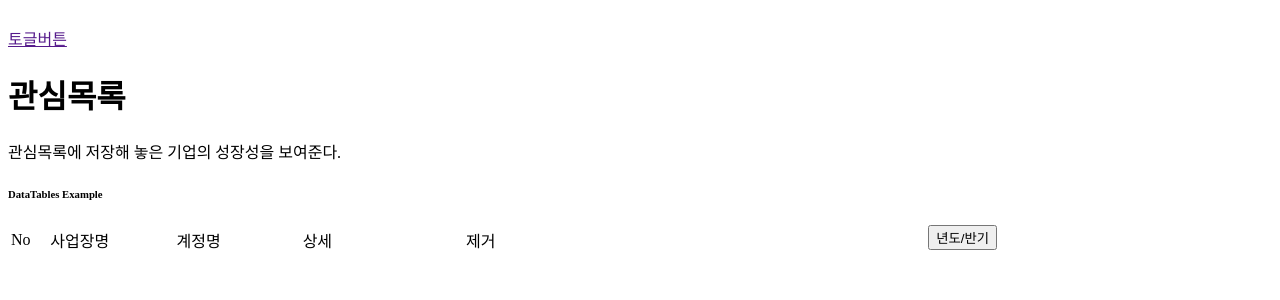
Repository: bangProgram/PJT_Finance
Page: http://localhost/Finance/WEB-INF/views/interest/interestList.jsp
The author's editor kept a copy of each file at every save. The page is drawn from the files as they stood at one save, then again after the next save.
The browser window is 1280 px wide. The pictures show the whole page.
The page is served by Tomcat 9. Nobody is signed in. Other server files are loaded and not shown. The template is opened directly, without the code that normally fills it, so the values that code supplies are empty.

Above is the page before, as saved 2022-11-03 07:21:21.
Console error: SyntaxError: Unexpected token ','

### Finance/src/main/webapp/WEB-INF/views/interest/interestList.jsp
<%@ page pageEncoding="UTF-8" contentType="text/html;charset=utf-8"%>
<%@ taglib prefix="fmt" uri="http://java.sun.com/jsp/jstl/fmt"%>
<%@ taglib uri="http://java.sun.com/jsp/jstl/core" prefix="c"%>
<script src="https://code.jquery.com/jquery-3.4.1.min.js"></script>﻿
<script type="text/javascript">
	var toggleChk = true;
	$(document).ready(function(){
		$("#yearReprtList").dataTable({
			lengthMenu: [ 12, 18, 24, 30, 36 ],
		 	data: ${yearReprtJson},
		 	destroy: true,
		 	ordering: true,
		 	columns: [
		  		{ data: 'RNUM' },
		  		{ data: 'CORP_NAME' },
		  		{ data: 'ACCOUNT_NM' },
		  		{ "data": 'RATE_0',
		  			"render": function(data, type, row, meta){
		  				if(type === 'display'){
		  	                data += "<span style='float:right;'>(억원)</span>";
		  	            }
		  	            return data;
		  	         }
		  		},
		  		{ "data": 'RATE_1',
		  			"render": function(data, type, row, meta){
		  				if(type === 'display'){
		  	                data += "<span style='float:right;'>(억원)</span>";
		  	            }
		  	            return data;
		  	         }
		  		},
		  		{ "data": 'RATE_2',
		  			"render": function(data, type, row, meta){
		  				if(type === 'display'){
		  	                data += "<span style='float:right;'>(억원)</span>";
		  	            }
		  	            return data;
		  	         }
		  		},
		  		{ "data": 'RATE_3',
		  			"render": function(data, type, row, meta){
		  				if(type === 'display'){
		  	                data += "<span style='float:right;'>(억원)</span>";
		  	            }
		  	            return data;
		  	         }
		  		},
		  		{ "data": 'RATE_4',
		  			"render": function(data, type, row, meta){
		  				if(type === 'display'){
		  	                data += "<span style='float:right;'>(억원)</span>";
		  	            }
		  	            return data;
		  	         }
		  		},
		  		{ "data": '',
		  			"defaultContent" : '',
		  			"render": function(data, type, row, meta){
		  	            if(type === 'display'){
		  	                data = '<a href="/report/detail/list" target="_blank" class="btn btn-info btn-circle btn-sm"><i class="fas fa-info-circle"></i></a>';
		  	            }
		  	            return data;
		  	         }
		  		},
		  		{ "data": '',
		  			"defaultContent" : '',
		  			"render": function(data, type, row, meta){
		  	            if(type === 'display'){
		  	                data = '<a href="#" onclick="delInterest(\''+row.CORP_CODE+'\',\''+row.CORP_NAME+'\',\''+row.STOCK_CODE+'\'); return false;" target="_blank" class="btn btn-danger btn-circle btn-sm"><i class="fas fa-trash"></i></a>';
		  	            }
		  	            return data;
		  	         }
		  		}
		  	]
		});
	});

	function toggleTabel(){
		if(toggleChk == true){
			toggleChk = false;
			$('.quaterHaeder').css('display','');
			$('.yearHaeder').css('display','none');
			$("#yearReprtList").dataTable({
				buttons: [{
	                text: '년도/분기',
	                action: function ( e, dt, node, config ) {
	                	toggleTabel();
	                }
		        }],
				lengthMenu: [ 12, 18, 24, 30, 36 ],
			 	data: ${quaterReprtJson},
			 	destroy: true,
			 	ordering: true,
			 	columns: [
			  		{ data: 'RNUM' },
			  		{ data: 'CORP_NAME' },
			  		{ data: 'ACCOUNT_NM' },
			  		{ "data": 'RATE_0',
			  			"render": function(data, type, row, meta){
			  				if(type === 'display'){
			  	                data += "<span style='float:right;'>(억원)</span>";
			  	            }
			  	            return data;
			  	         }
			  		},
			  		{ "data": 'RATE_1',
			  			"render": function(data, type, row, meta){
			  				if(type === 'display'){
			  	                data += "<span style='float:right;'>(억원)</span>";
			  	            }
			  	            return data;
			  	         }
			  		},
			  		{ "data": 'RATE_2',
			  			"render": function(data, type, row, meta){
			  				if(type === 'display'){
			  	                data += "<span style='float:right;'>(억원)</span>";
			  	            }
			  	            return data;
			  	         }
			  		},
			  		{ "data": 'RATE_3',
			  			"render": function(data, type, row, meta){
			  				if(type === 'display'){
			  	                data += "<span style='float:right;'>(억원)</span>";
			  	            }
			  	            return data;
			  	         }
			  		},
			  		{ "data": 'RATE_4',
			  			"render": function(data, type, row, meta){
			  				if(type === 'display'){
			  	                data += "<span style='float:right;'>(억원)</span>";
			  	            }
			  	            return data;
			  	         }
			  		},
			  		{ "data": '',
			  			"defaultContent" : '',
			  			"render": function(data, type, row, meta){
			  	            if(type === 'display'){
			  	                data = '<a href="/report/detail/list" target="_blank" class="btn btn-info btn-circle btn-sm"><i class="fas fa-info-circle"></i></a>';
			  	            }
			  	            return data;
			  	         }
			  		},
			  		{ "data": '',
			  			"defaultContent" : '',
			  			"render": function(data, type, row, meta){
			  	            if(type === 'display'){
			  	            	data = '<a href="#" onclick="delInterest(\''+row.CORP_CODE+'\',\''+row.CORP_NAME+'\',\''+row.STOCK_CODE+'\'); return false;" target="_blank" class="btn btn-danger btn-circle btn-sm"><i class="fas fa-trash"></i></a>';
			  	            }
			  	            return data;
			  	         }
			  		}
			  	]
			});
		}else{
			toggleChk = true;
			$('.quaterHaeder').css('display','none');
			$('.yearHaeder').css('display','');
			$("#yearReprtList").dataTable({
				buttons: [{
	                text: '년도/분기',
	                action: function ( e, dt, node, config ) {
	                	toggleTabel();
	                }
		        }],
				lengthMenu: [ 12, 18, 24, 30, 36 ],
			 	data: ${yearReprtJson},
			 	destroy: true,
			 	ordering: true,
			 	columns: [
			  		{ data: 'RNUM' },
			  		{ data: 'CORP_NAME' },
			  		{ data: 'ACCOUNT_NM' },
			  		{ "data": 'RATE_0',
			  			"render": function(data, type, row, meta){
			  				if(type === 'display'){
			  	                data += "<span style='float:right;'>(억원)</span>";
			  	            }
			  	            return data;
			  	         }
			  		},
			  		{ "data": 'RATE_1',
			  			"render": function(data, type, row, meta){
			  				if(type === 'display'){
			  	                data += "<span style='float:right;'>(억원)</span>";
			  	            }
			  	            return data;
			  	         }
			  		},
			  		{ "data": 'RATE_2',
			  			"render": function(data, type, row, meta){
			  				if(type === 'display'){
			  	                data += "<span style='float:right;'>(억원)</span>";
			  	            }
			  	            return data;
			  	         }
			  		},
			  		{ "data": 'RATE_3',
			  			"render": function(data, type, row, meta){
			  				if(type === 'display'){
			  	                data += "<span style='float:right;'>(억원)</span>";
			  	            }
			  	            return data;
			  	         }
			  		},
			  		{ "data": 'RATE_4',
			  			"render": function(data, type, row, meta){
			  				if(type === 'display'){
			  	                data += "<span style='float:right;'>(억원)</span>";
			  	            }
			  	            return data;
			  	         }
			  		},
			  		{ "data": '',
			  			"defaultContent" : '',
			  			"render": function(data, type, row, meta){
			  	            if(type === 'display'){
			  	                data = '<a href="/report/detail/list" target="_blank" class="btn btn-info btn-circle btn-sm"><i class="fas fa-info-circle"></i></a>';
			  	            }
			  	            return data;
			  	         }
			  		},
			  		{ "data": '',
			  			"defaultContent" : '',
			  			"render": function(data, type, row, meta){
			  	            if(type === 'display'){
			  	            	data = '<a href="#" onclick="delInterest(\''+row.CORP_CODE+'\',\''+row.CORP_NAME+'\',\''+row.STOCK_CODE+'\'); return false;" target="_blank" class="btn btn-danger btn-circle btn-sm"><i class="fas fa-trash"></i></a>';
			  	            }
			  	            return data;
			  	         }
			  		}
			  	]
			});

		}

		$('#tableHead').css("animation-name","search");
		$('#tableHead').css("animation-duration","2.5s");
	}

	function delInterest(corpCd,corpNm,stockCd){
		var frm = document.form;

		if(!confirm('\''+corpNm+'\'을 관심목록에서 삭제하시겠습니까?')) return;

		$("#corpCd").val(corpCd);
		$("#corpNm").val(corpNm);
		$("#stockCd").val(stockCd);

		frm.action = "/interest/del/cud";
		frm.submit();


		/*
		$.ajax({
			type : 'post',           // 타입 (get, post, put 등등)
			url : url,           // 요청할 서버url
			data : {
				CORP_CODE 	: corpCd,
				CORP_NAME	: corpNm,
				STOCK_CODE 	: stockCd,
			},
			dataType : 'json',
			success : function(data) { // 결과 성공 콜백함수
				$('#dataTables').css("animation-name","del");
				$('#dataTables').css("animation-duration","2.5s");
				location.reload();
			},
			error : function(request, status, error) {
				console.log(error)
			}
		})
		 */
	}
</script>

<style>
@keyframes del {
	from{background : indianred;}
	to{background : transparent;}
}

@keyframes search {
	from{background : lightsteelblue;}
	to{background : transparent;}
}

</style>
<html>
<head>
<title>사업장 목록</title>
</head>
<body>
<div class="container-fluid">
	<form name="searchForm" method="post">
	<input type="hidden" name="pYearList" id="pYearList" value="${yearString}" title="조회 년도 목록">
	<input type="hidden" name="pQuaterList" id="pQuaterList" value="${quaterString}" title="조회 년도 목록">
	<input type="hidden" name="pStartYear" id="pStartYear" class="pSearchYear" value="${pStartYear}" title="조회 시작년도">
	<input type="hidden" name="pEndYear" id="pEndYear" class="pSearchYear" value="${pEndYear}" title="조회 시작년도">

	<input type="hidden" name="CORP_CODE" id="corpCd" value="" title="사업장코드">
	<input type="hidden" name="CORP_NAME" id="corpNm" value="" title="사업장명">
	<input type="hidden" name="STOCK_CODE" id="stockCd" value="" title="증권코드">

	<a href="" onclick="toggleTabel(); return false;">토글버튼</a>
    </form>
</div>

<div class="container-fluid">

	<!-- Page Heading -->
	<h1 class="h3 mb-2 text-gray-800">관심목록</h1>
	<p class="mb-4">관심목록에 저장해 놓은 기업의 성장성을 보여준다.
		<span id=""></span>
	</p>

	<!-- DataTales Example -->
    <div class="card shadow mb-4">
        <div class="card-header py-3" id="dataTables">
            <h6 class="m-0 font-weight-bold text-primary">DataTables Example</h6>
        </div>
        <div class="card-body">
            <div class="table-responsive" style="position: relative;">
            	<div style="position: absolute; right: 275px; z-index: 1;">
					<button class="dt-button buttons-excel buttons-html5 btn btn-outline-primary excelBtn" tabindex="0" aria-controls="yearReprtList" onclick="toggleTabel(); return false;">
						<span>년도/반기</span>
					</button>
                </div>
                <table id="yearReprtList" class="table table-bordered" id="dataTable" width="100%" >
                	<colgroup>
                		<col width="3%"/>
                		<col width="10%"/>
                		<col width="10%"/>
                		<col width="13%"/>
                		<col width="13%"/>
                		<col width="13%"/>
                		<col width="13%"/>
                		<col width="13%"/>
                		<col width="6%"/>
                		<col width="6%"/>
                	</colgroup>
                    <thead id="tableHead">
			            <tr>
			            	<td>No</td>
							<td>사업장명</td>
							<td>계정명</td>
							<c:forEach items="${yearList}" var="list">
								<td class="yearHaeder">${list.HAEDER_NM}<span style="float: right;">(년도)</span></td>
							</c:forEach>
							<c:forEach items="${quaterList}" var="list">
								<td class="quaterHaeder" style="display: none;">${list.HAEDER_NM}<span style="float: right;">(반기)</span></td>
							</c:forEach>
							<td>상세</td>
							<td>제거</td>
						</tr>
			        </thead>
			        <tbody id="bodyList">
			        </tbody>
                </table>
            </div>
        </div>
    </div>
</div>
</body>
</html>

After the next save:
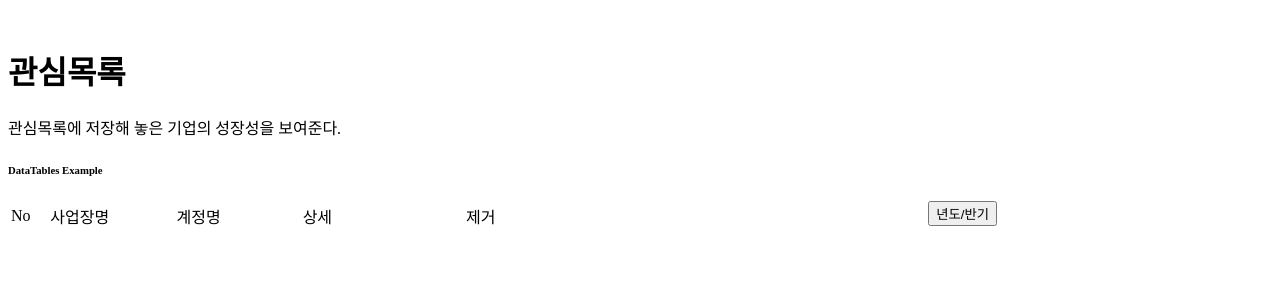
Saved 61 s later.
--- a/Finance/src/main/webapp/WEB-INF/views/interest/interestList.jsp
+++ b/Finance/src/main/webapp/WEB-INF/views/interest/interestList.jsp
@@ -305,8 +305,6 @@
 	<input type="hidden" name="CORP_CODE" id="corpCd" value="" title="사업장코드">
 	<input type="hidden" name="CORP_NAME" id="corpNm" value="" title="사업장명">
 	<input type="hidden" name="STOCK_CODE" id="stockCd" value="" title="증권코드">
-
-	<a href="" onclick="toggleTabel(); return false;">토글버튼</a>
     </form>
 </div>
 
